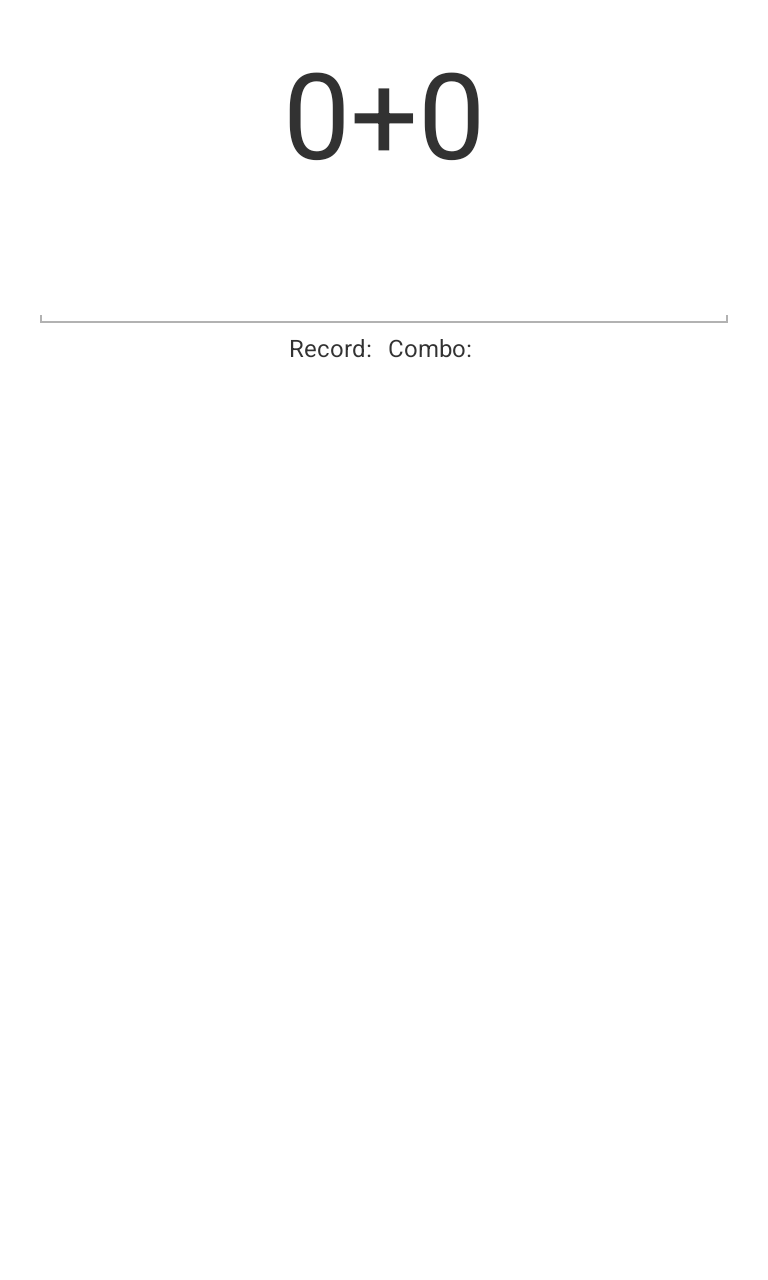
Repository: l2y/MathQuizApp
Layout: MathQuiz/res/layout/activity_quiz.xml
These files come from the project's save history. The layout is drawn as it stood at one moment and after the next save; the edit follows.
It is drawn on a 768 x 1280 px phone screen (xhdpi) without system bars, with theme AppTheme; the app's code is not run.

Above is the layout before, as saved 2014-04-09 00:24:56.

### MathQuiz/res/layout/activity_quiz.xml
<RelativeLayout xmlns:android="http://schemas.android.com/apk/res/android"
    xmlns:tools="http://schemas.android.com/tools"
    android:layout_width="match_parent"
    android:layout_height="match_parent"
    android:paddingBottom="@dimen/activity_vertical_margin"
    android:paddingLeft="@dimen/activity_horizontal_margin"
    android:paddingRight="@dimen/activity_horizontal_margin"
    android:paddingTop="@dimen/activity_vertical_margin"
    tools:context=".QuizActivity" >

    <LinearLayout
        android:layout_width="fill_parent"
        android:layout_height="wrap_content"
        android:layout_alignParentTop="true"
        android:id="@+id/question"
        android:gravity="center_horizontal"
        android:layout_marginBottom="30dp">
	    <TextView
	        android:layout_width="wrap_content"
	        android:layout_height="wrap_content"
	        android:text="@string/zero"
	        android:id="@+id/number_1"
	        android:textSize="60sp"/>
	    <TextView
	        android:layout_width="wrap_content"
	        android:layout_height="wrap_content"
	        android:text="@string/operation"
	        android:id="@+id/operation"
	        android:textSize="60sp"/>
	    <TextView
	        android:layout_width="wrap_content"
	        android:layout_height="wrap_content"
	        android:text="@string/zero"
	        android:id="@+id/number_2"
	        android:textSize="60sp"/>
	</LinearLayout>
    <EditText
        android:inputType="number"
        android:layout_width="match_parent"
        android:layout_height="wrap_content"
        android:id="@+id/answer"
        android:layout_below="@+id/question"
        android:gravity="center_horizontal"
        android:windowSoftInputMode="stateAlwaysVisible|adjustPan" />
     <LinearLayout
        android:layout_width="fill_parent"
        android:layout_height="wrap_content"
        android:layout_below="@+id/answer"
        android:id="@+id/statistics"
        android:gravity="center_horizontal"
        android:layout_marginBottom="5dp">
	    <TextView
	        android:layout_width="wrap_content"
	        android:layout_height="wrap_content"
	        android:text="Record: "
	        android:textSize="12sp"/>
	    <TextView
	        android:layout_width="wrap_content"
	        android:layout_height="wrap_content"
	        android:id="@+id/record"
	         android:textSize="12sp"/>
	    <TextView
	        android:layout_width="wrap_content"
	        android:layout_height="wrap_content"
	        android:text="Combo: "
	        android:textSize="12sp"
	        android:layout_marginLeft="5dp"/>
	    <TextView
	        android:layout_width="wrap_content"
	        android:layout_height="wrap_content"
	        android:id="@+id/combo"
	         android:textSize="12sp"/>
	 </LinearLayout>
	 <TextView
	        android:layout_width="wrap_content"
	        android:layout_height="wrap_content"
	        android:id="@+id/time"
	         android:textSize="20sp"/>
	 <ScrollView
	     android:layout_below="@+id/statistics"
	     android:layout_width="fill_parent"
	     android:layout_height="wrap_content">
	     <LinearLayout
	        android:layout_width="fill_parent"
	        android:layout_height="wrap_content"
	        android:id="@+id/history"
	        android:orientation="vertical"
	        android:gravity="center_horizontal"
	        android:layout_marginBottom="0dp">
		   </LinearLayout>
	    </ScrollView>
</RelativeLayout>

### MathQuiz/res/values/strings.xml
<?xml version="1.0" encoding="utf-8"?>
<resources>

    <string name="app_name">Brain Up Mathematics</string>
    <string name="action_settings">Settings</string>
    <string name="title">The Math Quizapp</string>
    <string name="title_activity_quiz">QuizActivity</string>
    <string name="holder_equation">9 x 9 = ?</string>

<!--     Button Names -->
	<string name="start">START</string>
	<string name="leaderboards">LEADERBOARDS</string>
	<string name="other">OTHER</string>

	<string name="filler">Brown Fox jumped or something.</string>
	<string name="zero">0</string>
	<string name="operation">+</string>

</resources>

Loaded but not shown: MathQuiz/res/values/styles.xml (common file); MathQuiz/res/values-v11/styles.xml (common file); MathQuiz/res/values-v14/styles.xml (common file); MathQuiz/res/values/dimens.xml (common file)

After the next save:
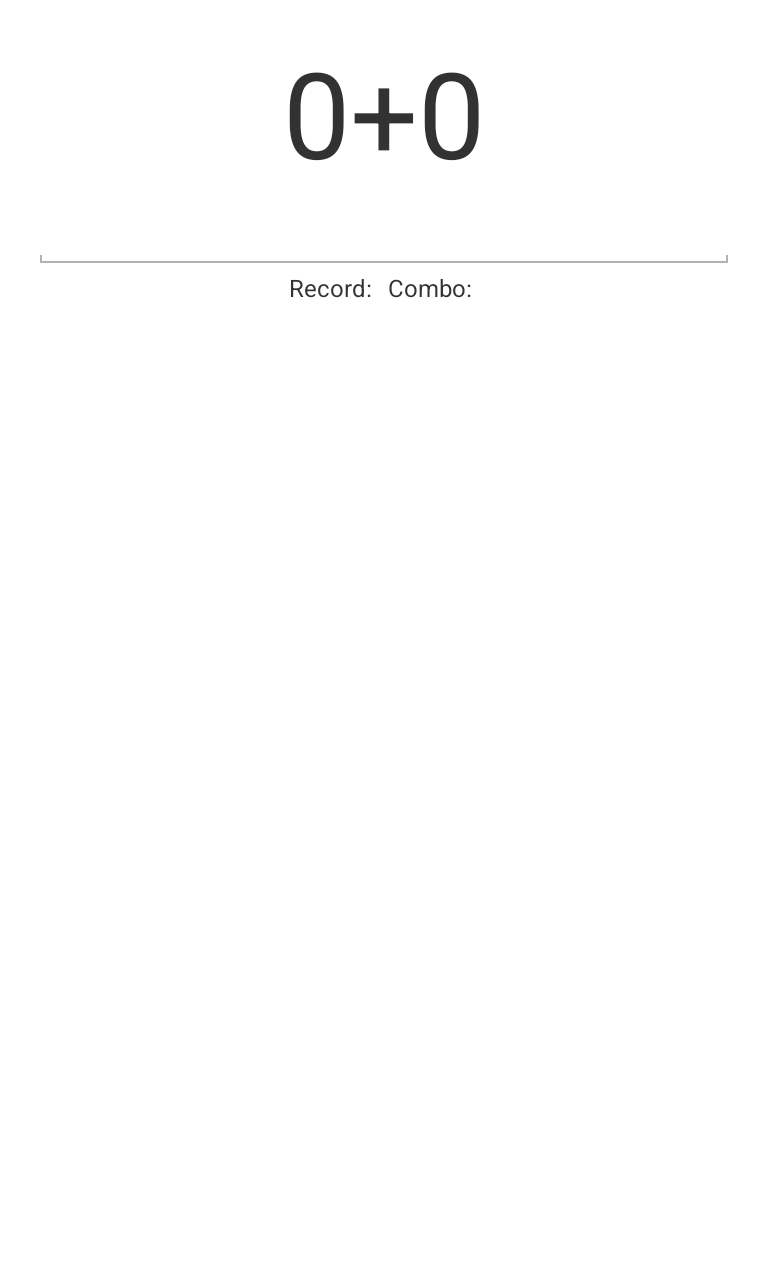
Saved 13 s later.
--- a/MathQuiz/res/layout/activity_quiz.xml
+++ b/MathQuiz/res/layout/activity_quiz.xml
@@ -13,8 +13,7 @@
         android:layout_height="wrap_content"
         android:layout_alignParentTop="true"
         android:id="@+id/question"
-        android:gravity="center_horizontal"
-        android:layout_marginBottom="30dp">
+        android:gravity="center_horizontal">
 	    <TextView
 	        android:layout_width="wrap_content"
 	        android:layout_height="wrap_content"
